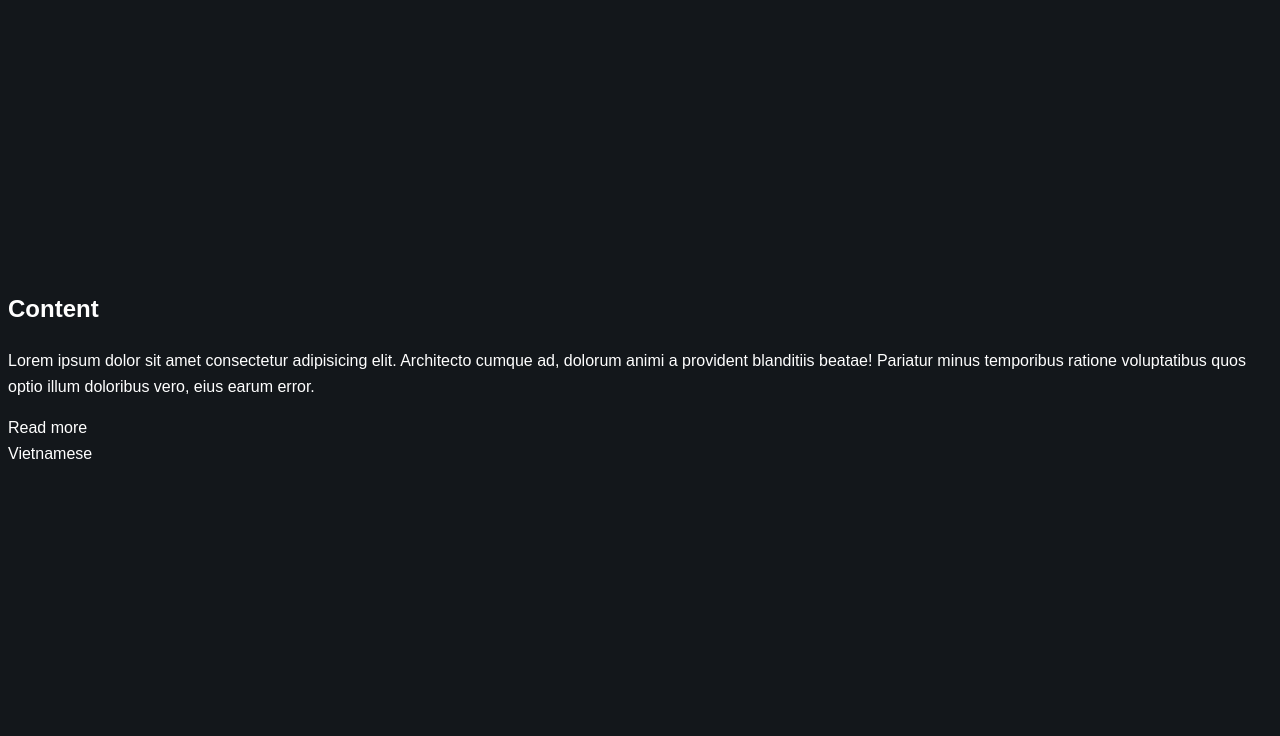
Repository: LeDucHai007/test3
Page: card.html
An editor plug-in stored every save of this project. The page is shown before and after the next save, followed by the edit.
The browser window is 1280 px wide. The pictures show the whole page.

Above is the page before, as saved 2022-02-16 05:32:34.

### card.html
<!DOCTYPE html>
<html lang="en">

<head>
    <meta charset="UTF-8">
    <meta http-equiv="X-UA-Compatible" content="IE=edge">
    <meta name="viewport" content="width=device-width, initial-scale=1.0">
    <title>Document</title>
    <link rel="stylesheet" href="card.css">
</head>

<body>
    <div class="card">
        <h2 class="card-title">Content</h2>
        <p class="card-body">Lorem ipsum dolor sit amet consectetur adipisicing elit. Architecto cumque ad, dolorum animi a provident blanditiis beatae! Pariatur minus temporibus ratione voluptatibus quos optio illum doloribus vero, eius earum error.</p>
        <div class="button">Read more</div>
        <div class="button">Vietnamese</div>
    </div>

</body>

</html>

### card.css
:root {
    --clr-neutral-900: hsl(207, 19%, 9%);
    --clr-neutral-100: hsl(0, 0%, 100%);
    --clr-neutral-400: hsl(142, 90%, 61%);
}

*,
*::before,
*::after {
    box-sizing: border-box;
}

body {
    display: grid;
    min-height: 100vh;
    place-items: center;
    line-height: 1.6;
    background: var(--clr-neutral-900);
    font-family: "poppins", sans-serif;
}

.card {
    color: var(--clr-neutral-100);
}

After the next save:
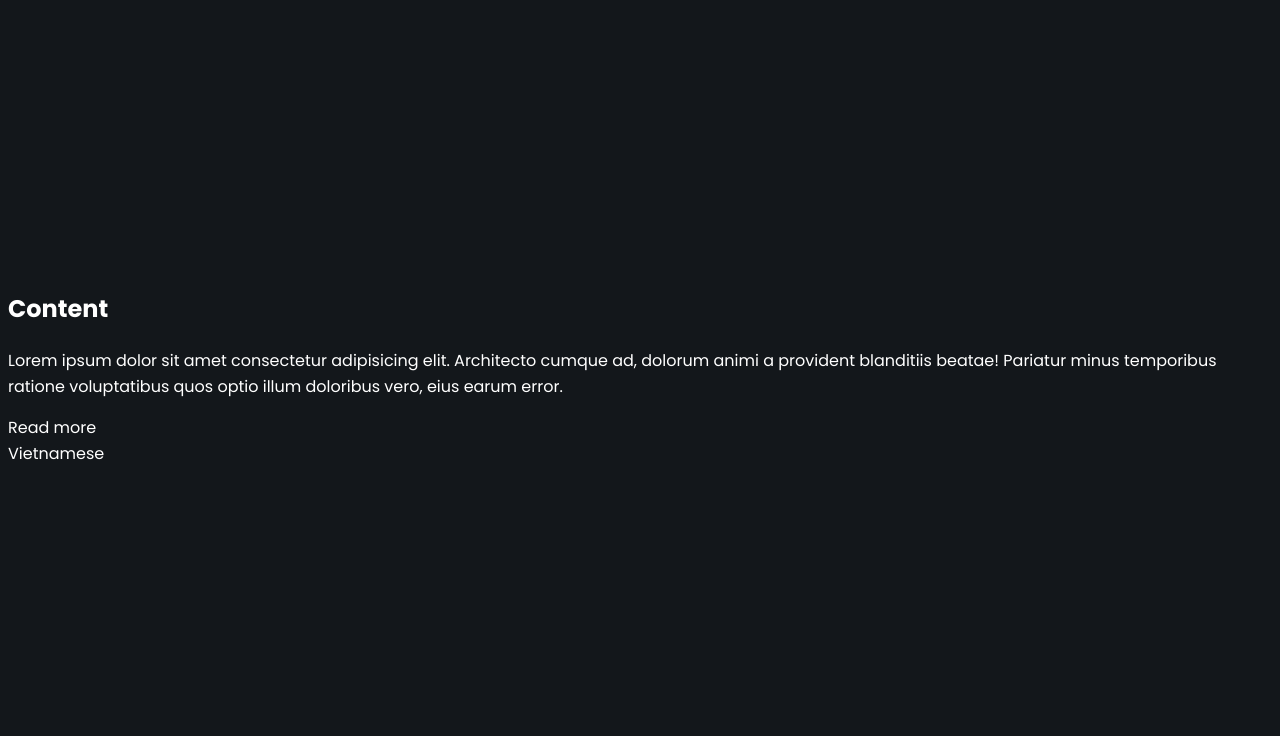
Saved 16 s later.
--- a/card.html
+++ b/card.html
@@ -7,6 +7,7 @@
     <meta name="viewport" content="width=device-width, initial-scale=1.0">
     <title>Document</title>
     <link rel="stylesheet" href="card.css">
+    <link href="https://fonts.googleapis.com/css?family=Poppins:100,100italic,200,200italic,300,300italic,regular,italic,500,500italic,600,600italic,700,700italic,800,800italic,900,900italic" rel="stylesheet" />
 </head>
 
 <body>
